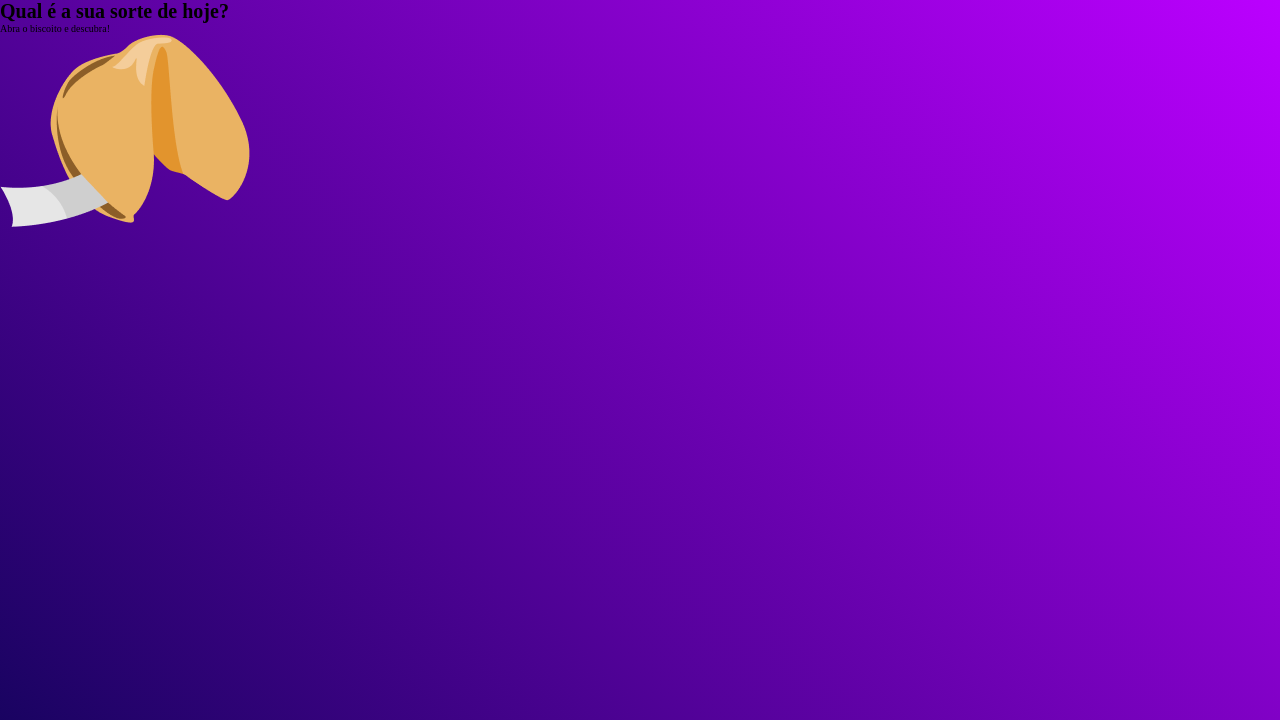
Repository: caueenrico/cookieCoach
Page: index.html
The author's editor kept a copy of each file at every save. The page is drawn from the files as they stood at one save, then again after the next save.
The browser window is 1280 px wide. The pictures show the whole page.

Above is the page before, as saved 2023-06-27 16:02:15.

After the next save:
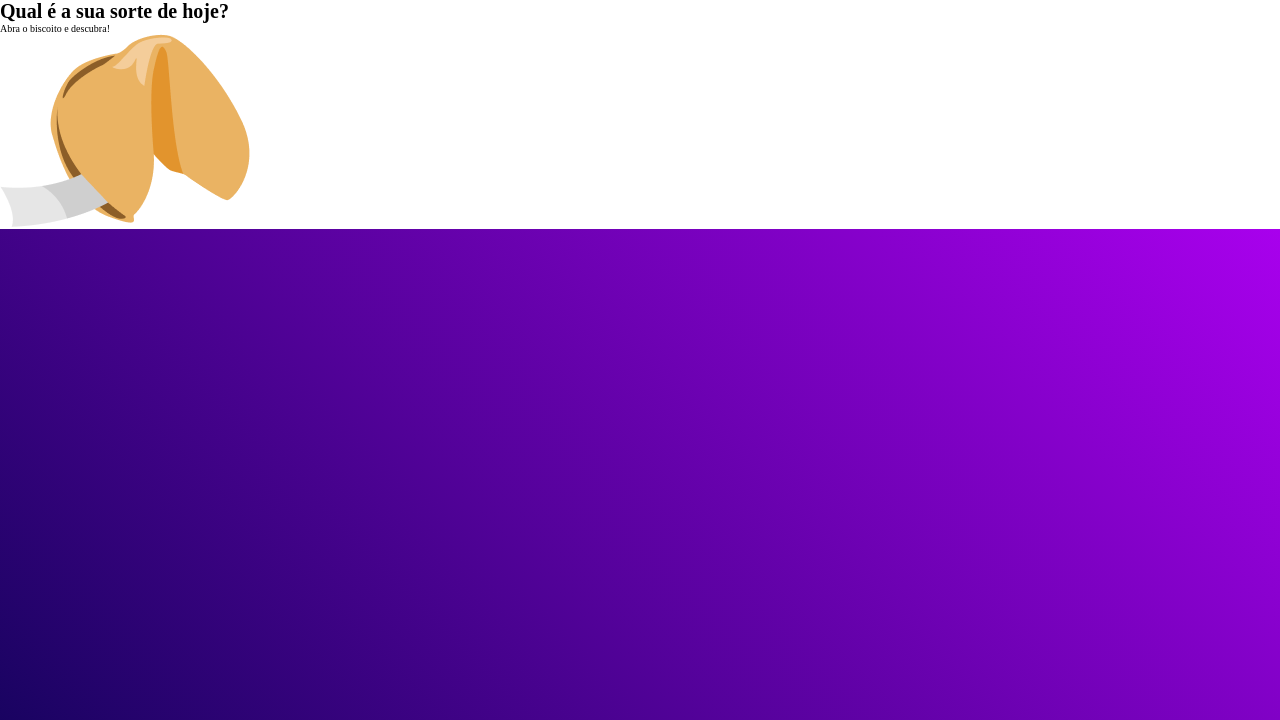
Saved 8 s later.
--- a/style.css
+++ b/style.css
@@ -21,6 +21,6 @@ body{
   background: linear-gradient(45deg, #190361 0%, #B0F 100%);}
 
 main {
-  background-color: ;
+  background-color: #fff;
 
 }
